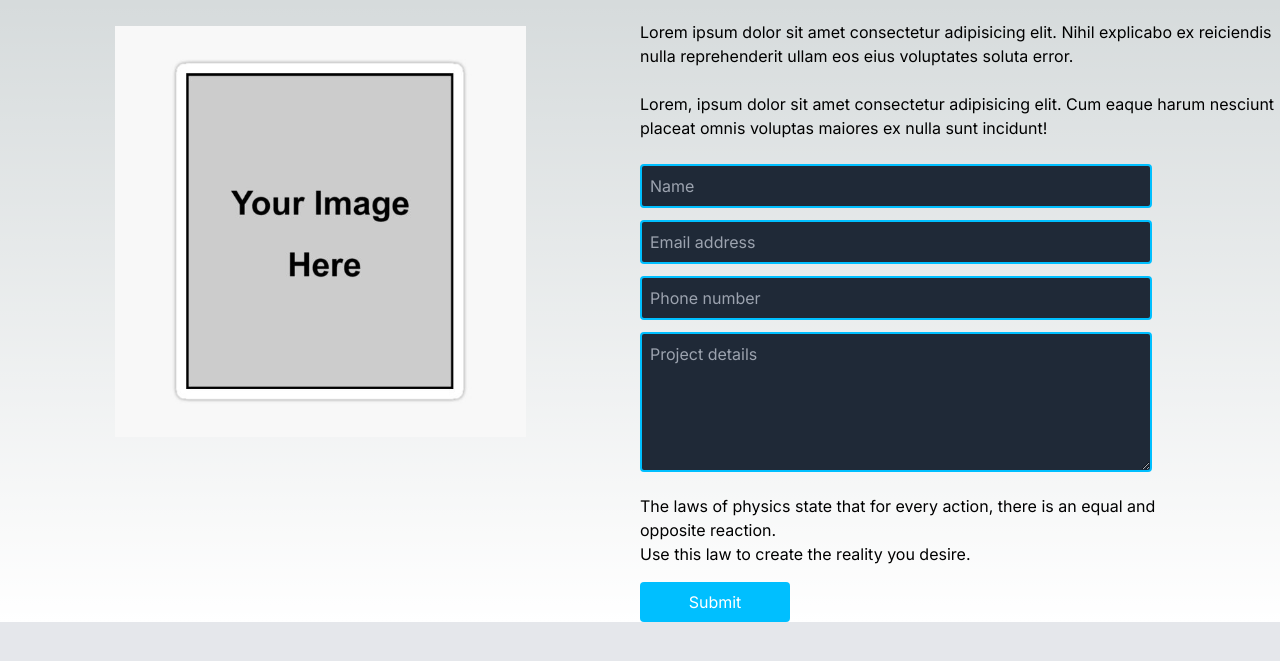
Repository: TMuse333/cash-for-homes
Page: /jv-partners (app in frontend/)
These files come from the project's save history. The page is drawn as it stood at one moment and after a run of saves; the edit follows.
The browser window is 1280 px wide. The pictures show the whole page.
The project was rebuilt for these pictures with package versions that can differ from the ones it lists, and the page was loaded fresh each time. The framework's server and built-in components were replaced by stand-ins that run in the browser. Also part of the build but not shown: frontend/next.config.mjs.

Above is the page before, as saved 2024-08-03 17:24:27.

### frontend/src/app/layout.tsx

import { AppProvider } from "@/context/context";
import type { Metadata } from "next";
import { Inter } from "next/font/google";
import "./globals.css";

const inter = Inter({ subsets: ["latin"] });

export const metadata: Metadata = {
  title: "Q3 Designs",
  description: "A website made with the power of the Quantum Realm",
};

export default function RootLayout({
  children,
}: Readonly<{
  children: React.ReactNode;
}>) {
  return (



    <html lang="en">
<AppProvider>


      <body className={inter.className}>{children}</body>
      </AppProvider>
    </html>

  );
}

### frontend/src/app/jv-partners/page.tsx
"use client"
import ContactForm from "@/components/contactForm"
import React from "react"

const ContactPage = () => {


    return <main className="w-screen overflow-x-hidden">
        <ContactForm/>
    </main>
}


export default ContactPage

### frontend/src/context/context.tsx
"use client"
import React, { createContext, useState, useContext, ReactNode, useEffect } from 'react';

interface AppContextType {

  isMobile:boolean,
  setIsMobile:React.Dispatch<React.SetStateAction<boolean>>
  textYPosition:number
  setTextYPosition:React.Dispatch<React.SetStateAction<number>>
}

// Create the context
export const AppContext = createContext<AppContextType | undefined>(undefined);

// Create a provider component
export const AppProvider: React.FC<{ children: ReactNode }> = ({ children }) => {
  // Initialize state for login and user status


  const [isMobile, setIsMobile] = useState(false)

  useEffect(()=>{
    const handleScroll = () => {
      setIsMobile(window.innerWidth <= 655)
    }
    window.addEventListener('scroll',handleScroll)

    handleScroll()

    return () => {
      window.removeEventListener('scroll',handleScroll)
    }
  },[])


  const [textYPosition, setTextYPosition] = useState(0)

   const contextValue = {
    isMobile,
    setIsMobile,
    textYPosition, setTextYPosition
   }


  return <AppContext.Provider value={contextValue}>{children}</AppContext.Provider>;
};

// Custom hook to use context
export const useAppContext = (): AppContextType => {
  const context = useContext(AppContext);
  if (!context) {
    throw new Error('useAppContext must be used within an AppProvider');
  }
  return context;
};

### frontend/src/app/globals.css
@tailwind base;
@tailwind components;
@tailwind utilities;

:root {
  --foreground-rgb: 0, 0, 0;
  --background-start-rgb: 214, 219, 220;
  --background-end-rgb: 255, 255, 255;
  background-color: #e5e7eb;
}

@media (prefers-color-scheme: dark) {
  :root {
    --foreground-rgb: 255, 255, 255;
    --background-start-rgb: 0, 0, 0;
    --background-end-rgb: 0, 0, 0;
  }
}

body {
  color: rgb(var(--foreground-rgb));
  background: linear-gradient(
      to bottom,
      transparent,
      rgb(var(--background-end-rgb))
    )
    rgb(var(--background-start-rgb));
}

@layer utilities {
  .text-balance {
    text-wrap: balance;
  }
}

### frontend/src/components/contactForm.tsx


// Assuming you're using TypeScript, ensure the imports and types are correct
import React, { useState, ChangeEvent, FormEvent } from 'react';
import Image from 'next/image';
import { motion } from 'framer-motion';
import logo from '../../public/place-holder.jpeg';
import axios from 'axios';
const ContactForm = () => {
    const [formData, setFormData] = useState({
        name: '',
        email: '',
        phone:'',
        projectDetails: '',
    });

    const [error, setError] = useState<string | null>(null);
    const [success, setSuccess] = useState<string | null>(null);


    const handleChange = (e: ChangeEvent<HTMLInputElement | HTMLTextAreaElement>) => {
        const { name, value } = e.target;
        setFormData({
            ...formData,
            [name]: value,
        });
    };

    const handleSubmit = async (e: React.FormEvent) => {
        e.preventDefault();

        try {
            const response = await axios.post('/api/sendEmail', {
                name: formData.name,
                email: formData.email,
                phone: formData.phone,
                projectDetails: formData.projectDetails,
            });
            console.log(response.data);
            alert('Form submitted successfully!');
            setFormData({ name: '', email: '', phone: '', projectDetails: '' });
        } catch (error) {
            console.error('Error submitting form:', error);
            alert('Failed to submit form.');
        }
    };


    const tenets = [
        'Creativity',
        'Speed',
        'Discipline',
        'Tenacity',
    ];

    return (
        <section className='flex overflow-x-hidden justify-center items-center'>
            <div className='hidden sm:block sm:w-[50vw] ml-auto mr-auto flex flex-col items-start'>
                <Image
                    src={logo}
                    alt="Q3 logo"
                    className='w-[40vw] mt-[-10rem] ml-auto mr-auto
                    max-h-[540px] max-w-[411px] object-cover'
                />
                {/* <ul className='text-center'>
                    {tenets.map((tenet, index) => (
                        <motion.li
                            key={index}
                            initial={{
                                opacity: 0,
                                x: index % 2 === 0 ? 100 : -100,
                            }}
                            animate={{
                                opacity: 1,
                                x: 0,
                                transition: {
                                    delay: index * 0.4,
                                },
                            }}
                            className='text-white mb-1'
                        >
                            {tenet}
                        </motion.li>
                    ))}
                    <motion.li
                        initial={{ opacity: 0 }}
                        animate={{
                            opacity: 1,
                            transition: { delay: tenets.length * 0.4 },
                        }}
                        className='text-2xl text-[#00bfff]'
                    >
                        We will get it done
                    </motion.li>
                </ul> */}

            </div>
            <div className='w-[90vw] ml-auto mr-auto sm:w-[50vw]'>
                <Image
                    src={logo}
                    alt="Q3 logo"
                    className='w-[20vw] object-cover ml-auto mr-auto sm:hidden
                    max-h-[590px]
                    max-w-[445px]'
                />
                <section className='w-[90%] sm:w-auto mt-5 mr-auto'>
                    <p>
                       Lorem ipsum dolor sit amet consectetur adipisicing elit. Nihil explicabo ex reiciendis nulla reprehenderit ullam eos eius voluptates soluta error.
                    </p>
                    <br />
                    <p>
                       Lorem, ipsum dolor sit amet consectetur adipisicing elit. Cum eaque harum nesciunt placeat omnis voluptas maiores ex nulla sunt incidunt!
                    </p>
                </section>
                <form onSubmit={handleSubmit} className='w-[90vw] mt-5 ml-auto mr-auto flex flex-col justify-center items-center'>
                    <label className='mb-2 w-[90vw]'>
                        <input
                            type='text'
                            name='name'
                            value={formData.name}
                            onChange={handleChange}
                            className='border-2 w-full sm:w-[40vw] ml-auto mr-auto border-[#00bfff] p-2 rounded mt-1 bg-gray-800'
                            required
                            placeholder='Name'
                        />
                    </label>
                    <label className='mb-2 w-[90vw] sm:w-[40vw] mr-auto'>
                        <input
                            type='email'
                            name='email'
                            value={formData.email}
                            onChange={handleChange}
                            className='border-2 w-full mr-auto border-[#00bfff] p-2 rounded mt-1 bg-gray-800'
                            required
                            placeholder='Email address'
                        />
                    </label>
                    <label className='mb-2 w-[90vw]'>
                        <input
                            type='text'
                            name='phone'
                            value={formData.phone}
                            onChange={handleChange}
                            className='border-2 w-full sm:w-[40vw] ml-auto mr-auto border-[#00bfff] p-2 rounded mt-1 bg-gray-800'
                            required
                            placeholder='Phone number'
                        />
                    </label>
                    <label className='w-full sm:w-[40vw] mr-auto'>
                        <textarea
                            name='projectDetails'
                            value={formData.projectDetails}
                            onChange={handleChange}
                            className='border-2 w-full border-[#00bfff] p-2 rounded mt-1 bg-gray-800'
                            rows={5}
                            required
                            placeholder='Project details'
                        />
                    </label>
                    <p className='w-[90%] sm:w-[45vw] mt-4 mr-auto'>
                        The laws of physics state that for every action, there is an equal and opposite reaction.
                        <br /> Use this law to create the reality you desire.
                    </p>
                    <button
                        type='submit'
                        className='bg-[#00bfff] w-[150px] mr-auto text-white p-2 rounded mt-4 hover:bg-blue-600 sm:ml-0'
                    >
                        Submit
                    </button>
                </form>
            </div>
        </section>
    );
};

export default ContactForm;

Loaded but not shown: frontend/tailwind.config.ts (common file)

After the next 2 saves:
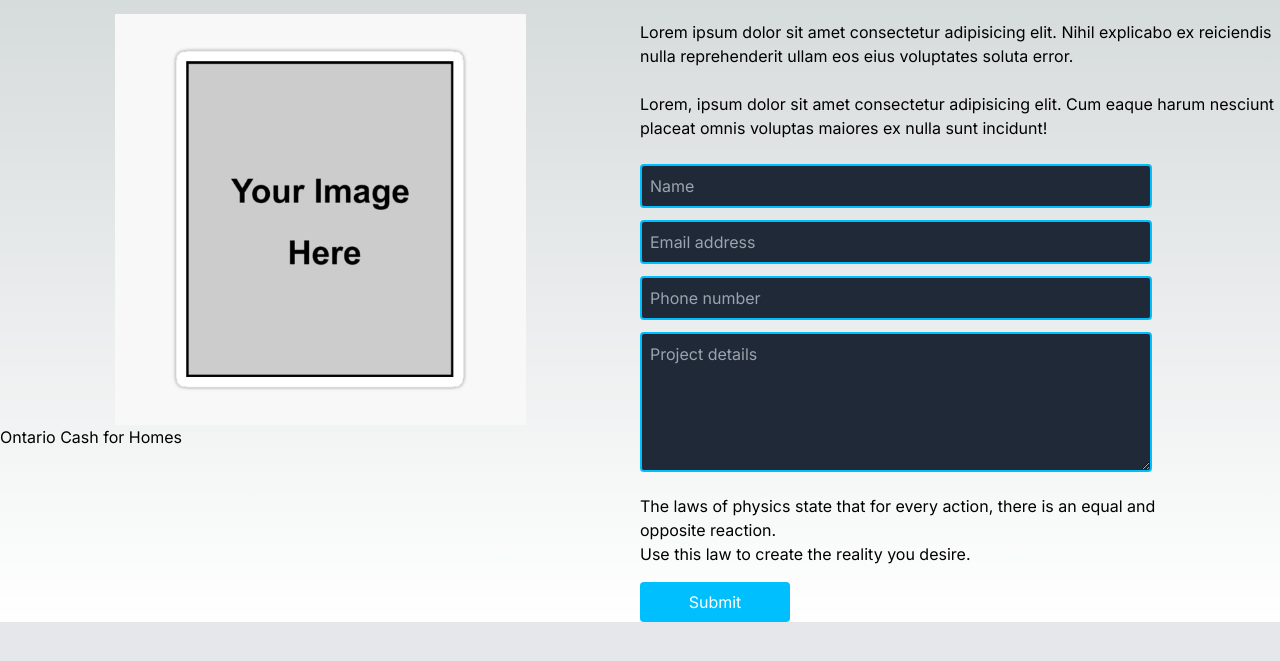
The 2 saves are shown as one change because they came seconds apart.
The last was saved 9 s later.
--- a/frontend/src/components/contactForm.tsx
+++ b/frontend/src/components/contactForm.tsx
@@ -93,7 +93,7 @@ const ContactForm = () => {
                         We will get it done
                     </motion.li>
                 </ul> */}
-
+                <p>Ontario Cash for Homes</p>
             </div>
             <div className='w-[90vw] ml-auto mr-auto sm:w-[50vw]'>
                 <Image
